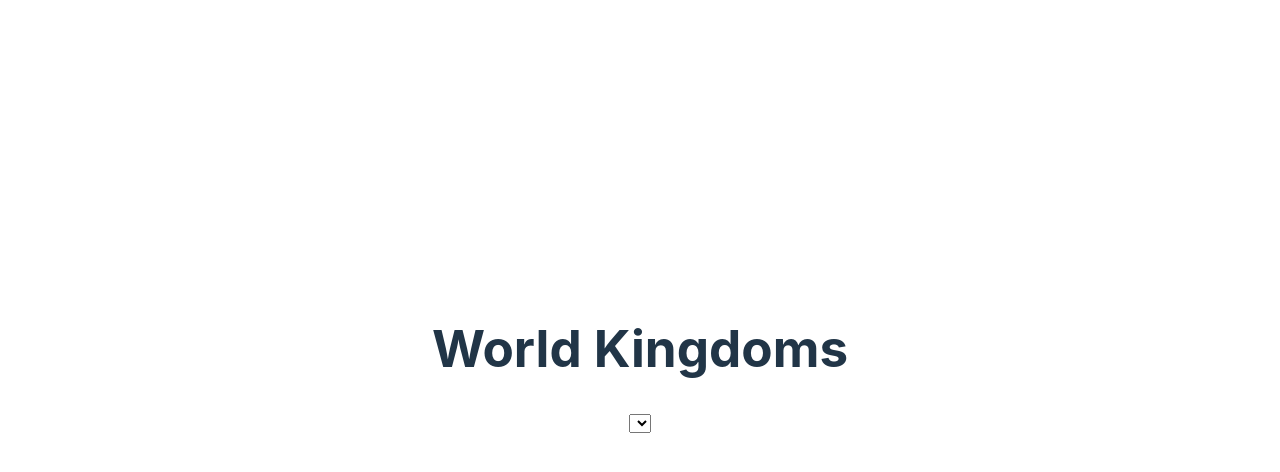
Repository: GloGlorGloria/COMP3170-lab7
Page: /
An editor plug-in stored every save of this project. The page is shown before and after the next save, followed by the edit.
The browser window is 1280 px wide. The pictures show the whole page.
The page's requests for data from a server got no answer. The project was rebuilt for these pictures with package versions that can differ from the ones it lists, and the page was loaded fresh each time. No one was signed in, and anything a server would have sent is missing. Also part of the build but not shown: vite.config.js, src/components/Countries.jsx, src/components/Details.jsx.

Above is the page before, as saved 2024-11-23 13:02:22.

After the next save:
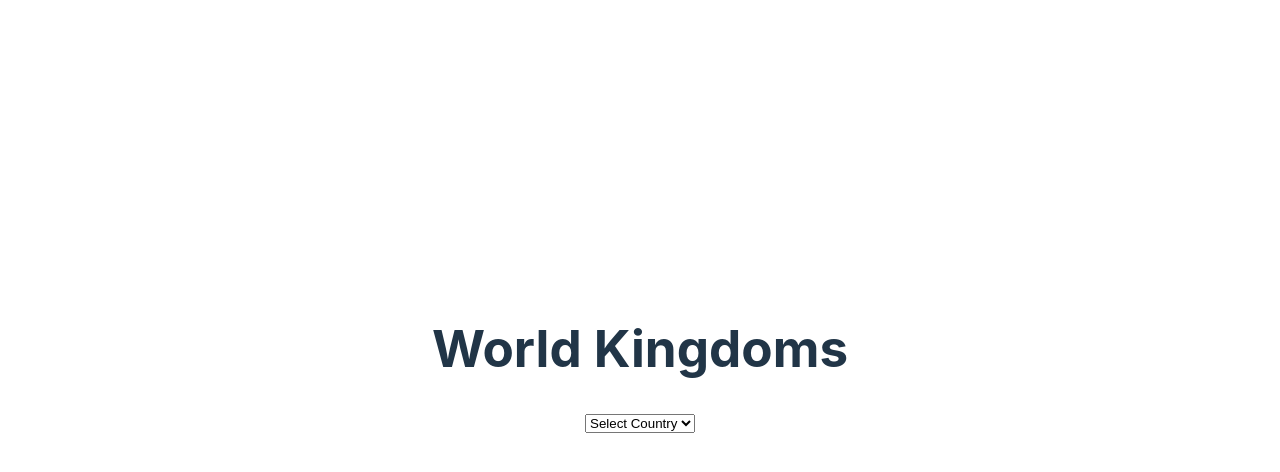
Saved 44 s later.
--- a/src/components/Landing.jsx
+++ b/src/components/Landing.jsx
@@ -41,6 +41,7 @@ function Landing() {
             <div>
                 <div className='select_container'>
                     <select>
+                      <option defaultValue={"Select Country"} >Select Country</option>
                     {countries.map((country, index) => (
                     <option key={index} value={country.name}>
                     {country.name.common}
